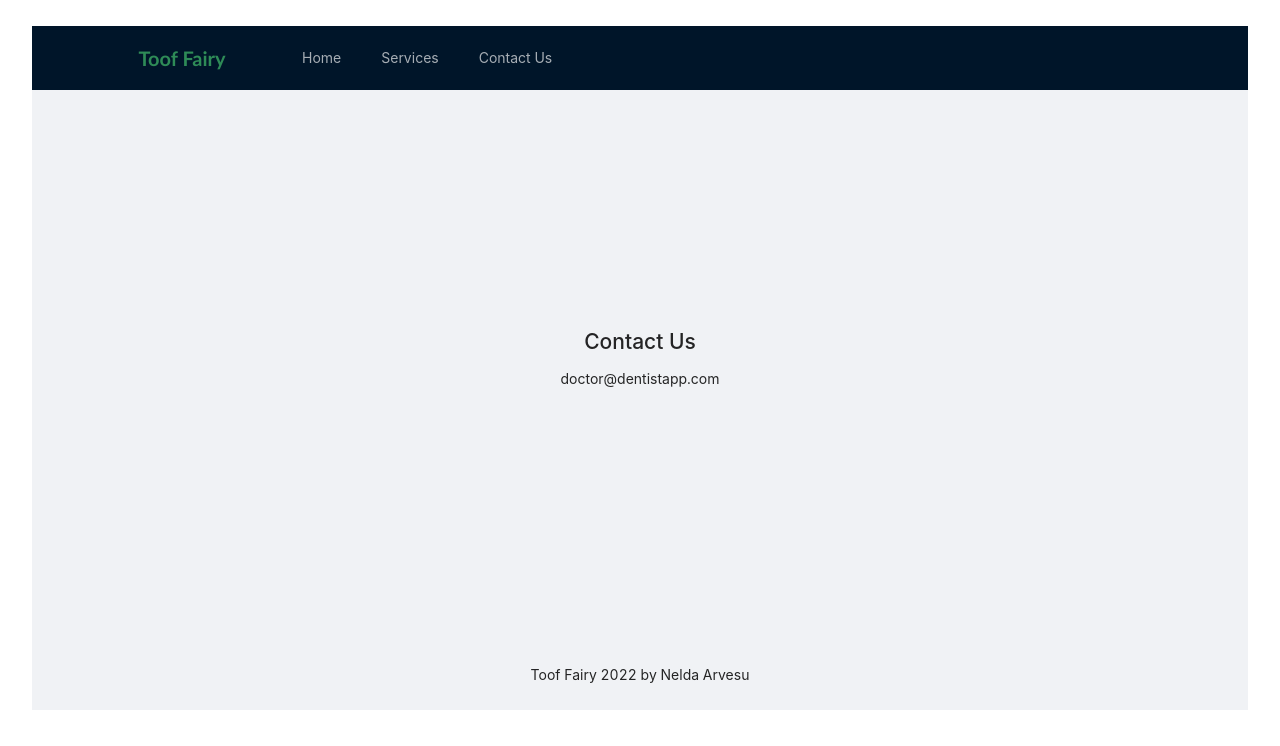
Repository: neldad1/dentist-app
Page: /contact
The author's editor kept a copy of each file at every save. The page is drawn from the files as they stood at one save, then again after the next save.
The browser window is 1280 px wide. The pictures show the whole page.
The project was rebuilt for these pictures with package versions that can differ from the ones it lists, and the page was loaded fresh each time. Also part of the build but not shown: src/components/Home.jsx, src/components/Services/Cosmetic.jsx, src/components/Services/Resorative.jsx, src/components/Services/Preventative.jsx. Imported but missing from the stored project, and not drawn on this page: src/components/Services.

Above is the page before, as saved 2022-03-09 13:30:50.

After the next save:
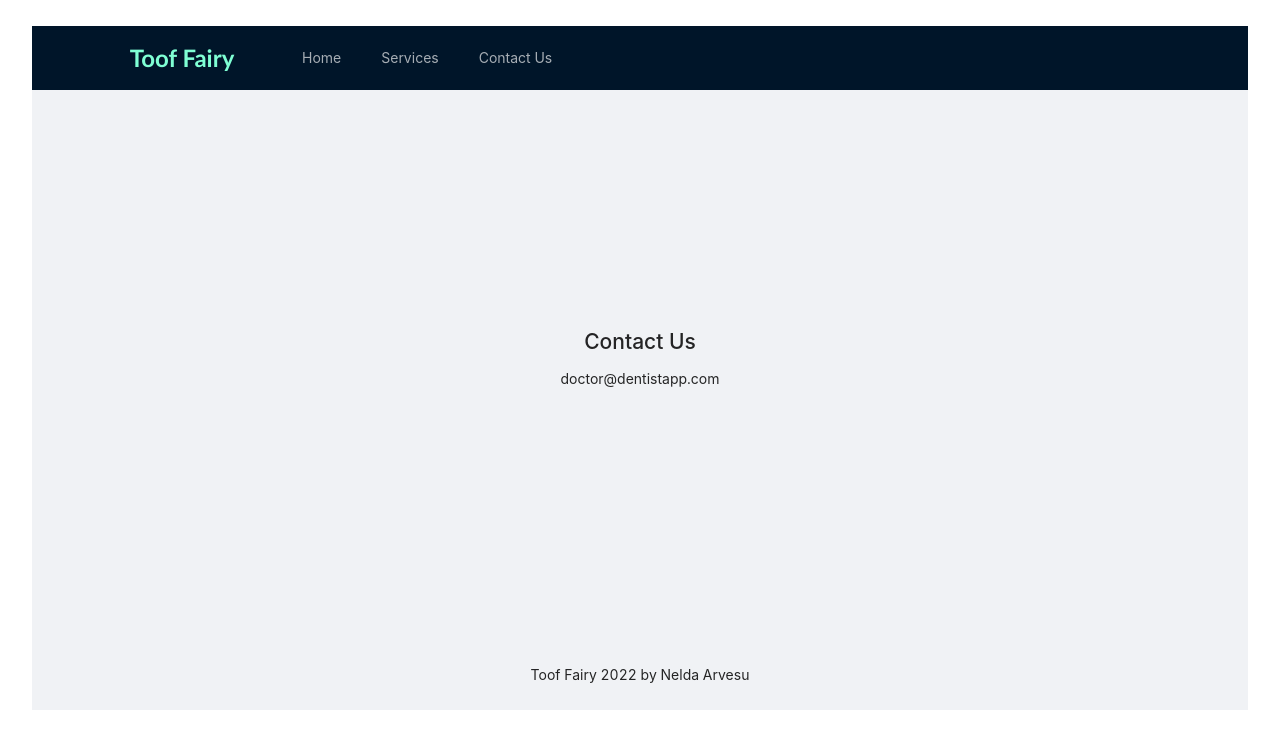
Saved 22 s later.
--- a/src/App.css
+++ b/src/App.css
@@ -22,9 +22,9 @@
   /*background: rgba(255, 255, 255, 0.2);
   margin: 16px 24px 16px 0;*/
   float: left;
-  color: seagreen;
+  color: aquamarine;
   font-family: 'Trebuchet MS', 'Lucida Sans Unicode', 'Lucida Grande', 'Lucida Sans', Arial, sans-serif;
-  font-size: 20px;
+  font-size: 24px;
   font-weight: bold;
 }
 
